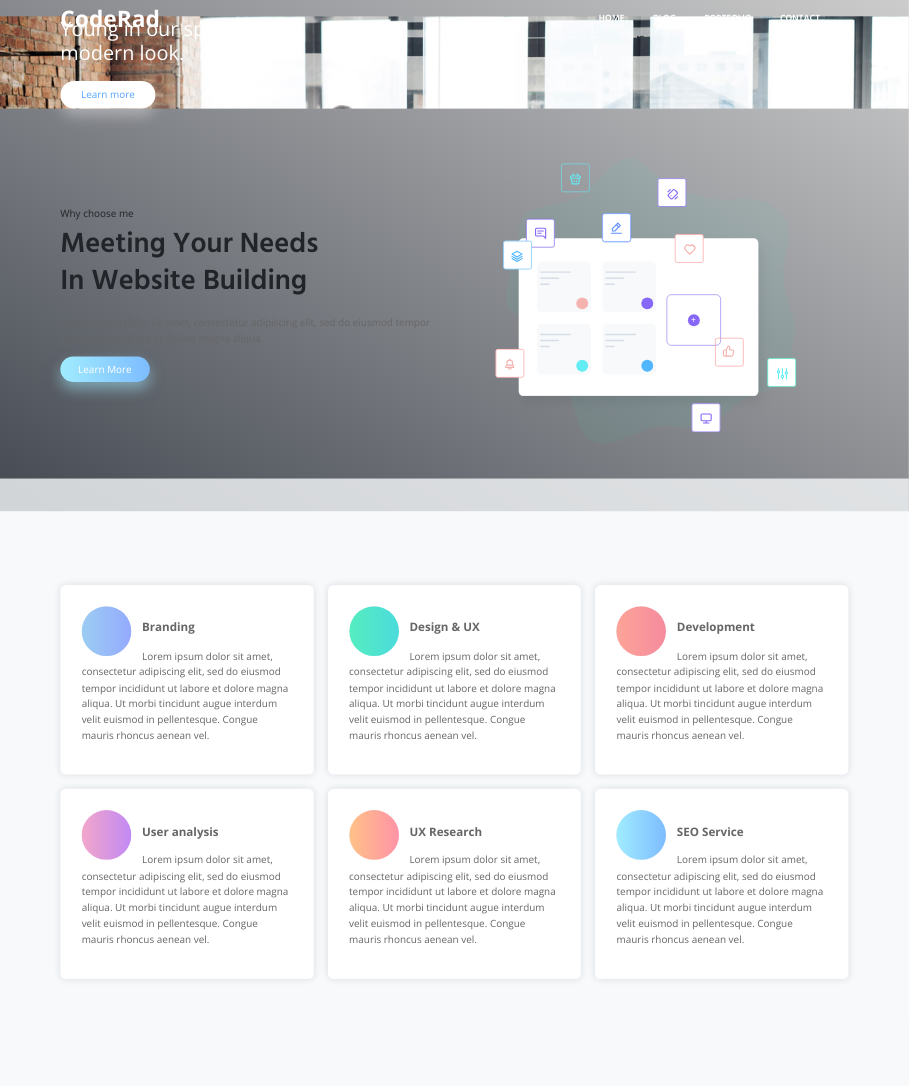
Repository: Sc-Juju/CodeRad
Page: index.html
An editor plug-in stored every save of this project. The page is shown before and after the next save, followed by the edit.
The browser window is 1280 px wide. The pictures show the whole page, at 71% of full size.

Above is the page before, as saved 2022-11-10 14:24:59.

After the next save:
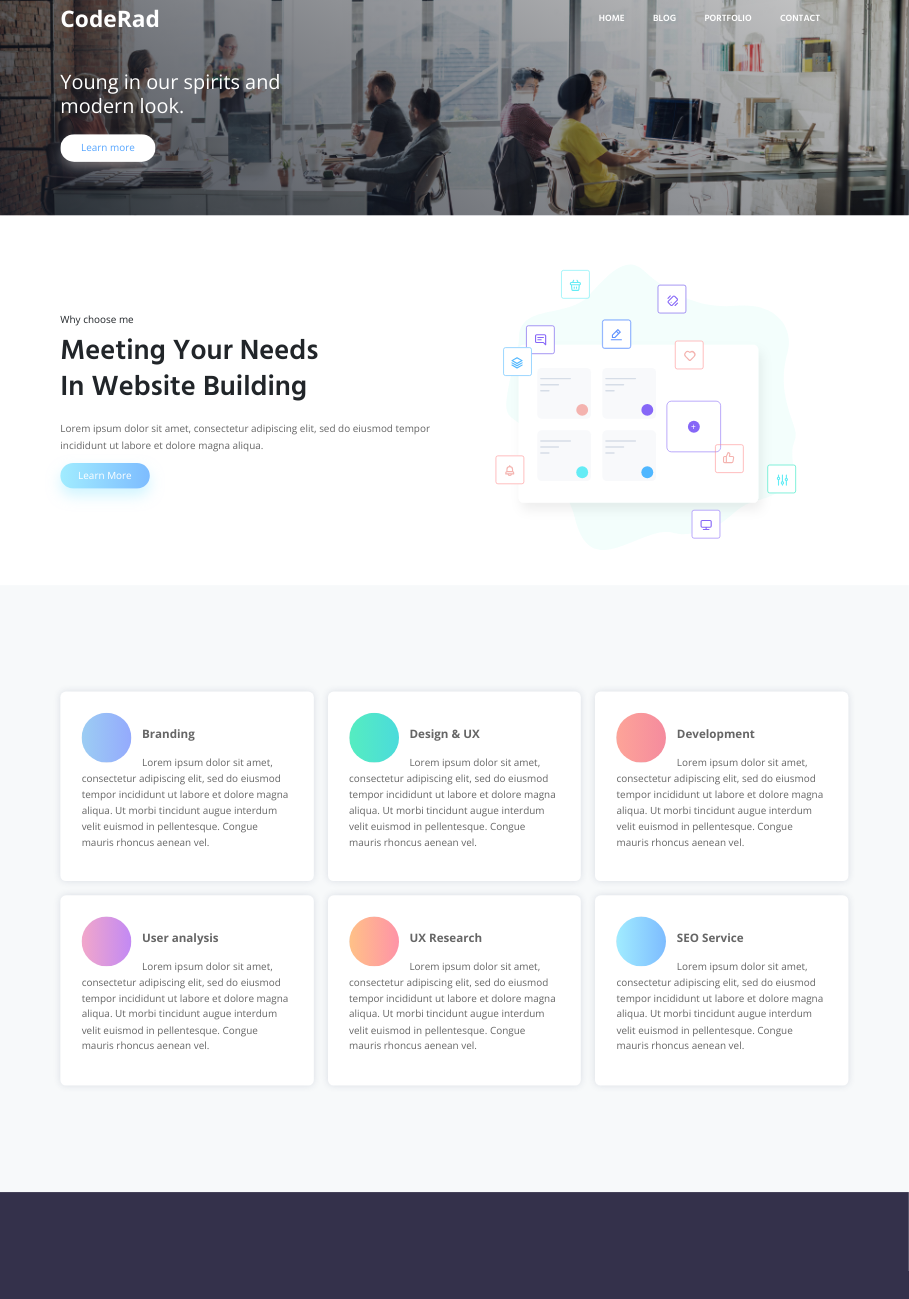
Saved 41 s later.
--- a/css/styles.css
+++ b/css/styles.css
@@ -27,7 +27,7 @@
 
 }
 .bg-header{background-image: url(../CodeRad-assets/bg-header-1.jpg);}
-.bg-header
+.bg-header,
 .video-demo{
     background-color: var(--footer);
     background-repeat: no-repeat;
